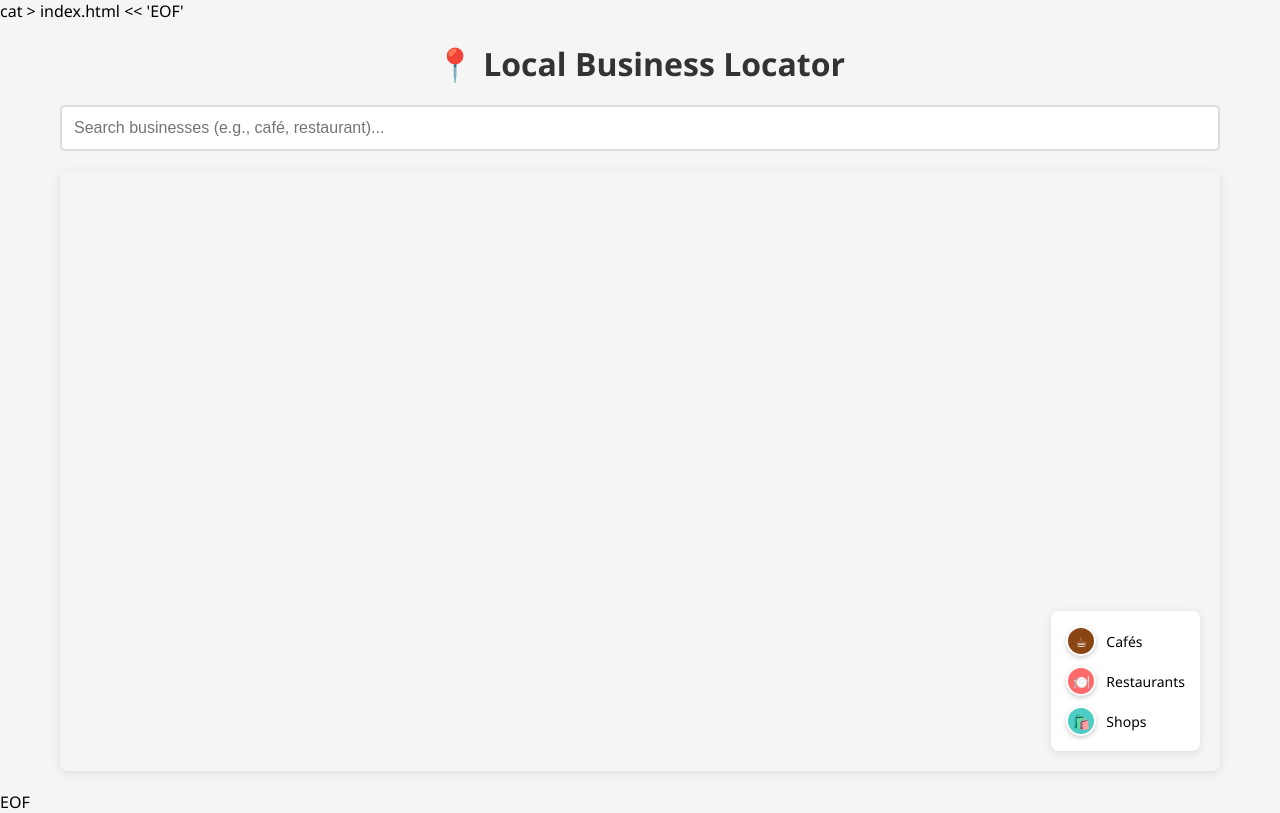
Repository: berkebzt/business-locator-pro
Page: index.html
These files come from the project's save history. The page is drawn as it stood at one moment and after the next save; the edit follows.
The browser window is 1280 px wide. The pictures show the whole page.

Above is the page before, as saved 2025-10-19 20:21:25.
Console error: ReferenceError: cat is not defined

### index.html
cat > index.html << 'EOF'
<!DOCTYPE html>
<html lang="en">
<head>
  <meta charset="UTF-8">
  <meta name="viewport" content="width=device-width, initial-scale=1.0">
  <title>Business Locator</title>
  <link rel="stylesheet" href="https://unpkg.com/leaflet@1.9.4/dist/leaflet.css" />
  <link rel="stylesheet" href="style.css">
</head>
<body>
  <div class="container">
    <h1>📍 Local Business Locator</h1>
    <input type="text" id="searchBox" placeholder="Search businesses (e.g., café, restaurant)...">
    <div id="map">
      <div class="legend">
        <div class="legend-item">
          <div class="legend-color" style="background-color: #8B4513;">☕</div>
          <span>Cafés</span>
        </div>
        <div class="legend-item">
          <div class="legend-color" style="background-color: #FF6B6B;">🍽️</div>
          <span>Restaurants</span>
        </div>
        <div class="legend-item">
          <div class="legend-color" style="background-color: #4ECDC4;">🛍️</div>
          <span>Shops</span>
        </div>
      </div>
    </div>
  </div>

  <script src="https://unpkg.com/leaflet@1.9.4/dist/leaflet.js"></script>
  <script src="app.js"></script>
</body>
</html>
EOF

### style.css
* {
  margin: 0;
  padding: 0;
  box-sizing: border-box;
}

body {
  font-family: 'Segoe UI', Tahoma, Geneva, Verdana, sans-serif;
  background: #f5f5f5;
}

.container {
  max-width: 1200px;
  margin: 0 auto;
  padding: 20px;
}

h1 {
  text-align: center;
  margin-bottom: 20px;
  color: #333;
}

#searchBox {
  width: 100%;
  padding: 12px;
  margin-bottom: 20px;
  border: 2px solid #ddd;
  border-radius: 5px;
  font-size: 16px;
}

#searchBox:focus {
  outline: none;
  border-color: #007bff;
}

#map {
  height: 600px;
  border-radius: 8px;
  box-shadow: 0 2px 10px rgba(0,0,0,0.1);
  position: relative;
}

/* Legend styles */
.legend {
  background: white;
  padding: 15px;
  border-radius: 8px;
  box-shadow: 0 2px 10px rgba(0,0,0,0.1);
  font-size: 14px;
  position: absolute;
  bottom: 20px;
  right: 20px;
  z-index: 1000;
}

.legend-item {
  display: flex;
  align-items: center;
  margin-bottom: 10px;
}

.legend-item:last-child {
  margin-bottom: 0;
}

.legend-color {
  width: 30px;
  height: 30px;
  border-radius: 50%;
  margin-right: 10px;
  display: flex;
  align-items: center;
  justify-content: center;
  color: white;
  font-size: 14px;
  border: 2px solid white;
  box-shadow: 0 2px 5px rgba(0,0,0,0.2);
}

### app.js
cat > app.js << 'EOF'
// Initialize map
const map = L.map('map').setView([51.505, -0.09], 13);

// Add OpenStreetMap tiles
L.tileLayer('https://{s}.tile.openstreetmap.org/{z}/{x}/{y}.png', {
  attribution: '© OpenStreetMap contributors',
  maxZoom: 19
}).addTo(map);

// Sample business data
const businesses = [
  { name: 'Coffee Shop A', lat: 51.5, lng: -0.09, type: 'café' },
  { name: 'Pizza Place B', lat: 51.51, lng: -0.1, type: 'restaurant' },
  { name: 'Bookstore C', lat: 51.49, lng: -0.08, type: 'shop' },
  { name: 'Thai Restaurant', lat: 51.505, lng: -0.08, type: 'restaurant' },
  { name: 'Bakery D', lat: 51.495, lng: -0.095, type: 'café' }
];

// User location
let userLocation = null;

// Create custom icons for different types
const iconConfig = {
  'café': {
    color: '#8B4513',
    emoji: '☕'
  },
  'restaurant': {
    color: '#FF6B6B',
    emoji: '🍽️'
  },
  'shop': {
    color: '#4ECDC4',
    emoji: '🛍️'
  }
};

// Function to create custom icons
function getIcon(type) {
  const config = iconConfig[type] || { color: '#3388ff', emoji: '📍' };

  return L.divIcon({
    html: `<div style="background-color: ${config.color}; width: 40px; height: 40px; border-radius: 50%; display: flex; align-items: center; justify-content: center; color: white; font-size: 20px; border: 3px solid white; box-shadow: 0 2px 5px rgba(0,0,0,0.3);">${config.emoji}</div>`,
    iconSize: [40, 40],
    className: 'custom-icon'
  });
}

// Function to calculate distance (km)
function calculateDistance(lat1, lng1, lat2, lng2) {
  const R = 6371;
  const dLat = (lat2 - lat1) * Math.PI / 180;
  const dLng = (lng2 - lng1) * Math.PI / 180;
  const a = Math.sin(dLat/2) * Math.sin(dLat/2) +
            Math.cos(lat1 * Math.PI / 180) * Math.cos(lat2 * Math.PI / 180) *
            Math.sin(dLng/2) * Math.sin(dLng/2);
  const c = 2 * Math.atan2(Math.sqrt(a), Math.sqrt(1-a));
  return (R * c).toFixed(2);
}

// Create marker layer group
let markerGroup = L.layerGroup().addTo(map);
let userMarker = null;

// Function to display markers with distance
function displayMarkers(data) {
  markerGroup.clearLayers();

  data.forEach(business => {
    let popupText = `<b>${business.name}</b><br><span style="color: #666;">${business.type}</span>`;

    // Add distance if user location is available
    if (userLocation) {
      const distance = calculateDistance(userLocation.lat, userLocation.lng, business.lat, business.lng);
      popupText += `<br><span style="color: #007bff;"><strong>${distance} km away</strong></span>`;
    }

    const marker = L.marker([business.lat, business.lng], {
      icon: getIcon(business.type)
    })
      .bindPopup(popupText);
    markerGroup.addLayer(marker);
  });
}

// Display all businesses on load
displayMarkers(businesses);

// Get user's location
function getUserLocation() {
  if (navigator.geolocation) {
    navigator.geolocation.getCurrentPosition(
      (position) => {
        const lat = position.coords.latitude;
        const lng = position.coords.longitude;

        userLocation = { lat, lng };

        // Center map on user
        map.setView([lat, lng], 15);

        // Add user marker
        if (userMarker) map.removeLayer(userMarker);
        userMarker = L.circleMarker([lat, lng], {
          radius: 8,
          fillColor: '#007bff',
          color: '#fff',
          weight: 2,
          opacity: 1,
          fillOpacity: 0.8
        })
        .bindPopup('📍 Your Location')
        .addTo(map);

        // Refresh markers to show distances
        displayMarkers(businesses);
      },
      (error) => {
        console.log('Geolocation error:', error.message);
        alert('Unable to get your location. Using default location.');
      }
    );
  } else {
    alert('Geolocation is not supported by your browser.');
  }
}

// Get user location on page load
getUserLocation();

// Search functionality
document.getElementById('searchBox').addEventListener('keyup', (e) => {
  const query = e.target.value.toLowerCase();

  if (query === '') {
    displayMarkers(businesses);
  } else {
    const filtered = businesses.filter(b =>
      b.name.toLowerCase().includes(query) ||
      b.type.toLowerCase().includes(query)
    );
    displayMarkers(filtered);
  }
});
EOF

After the next save:
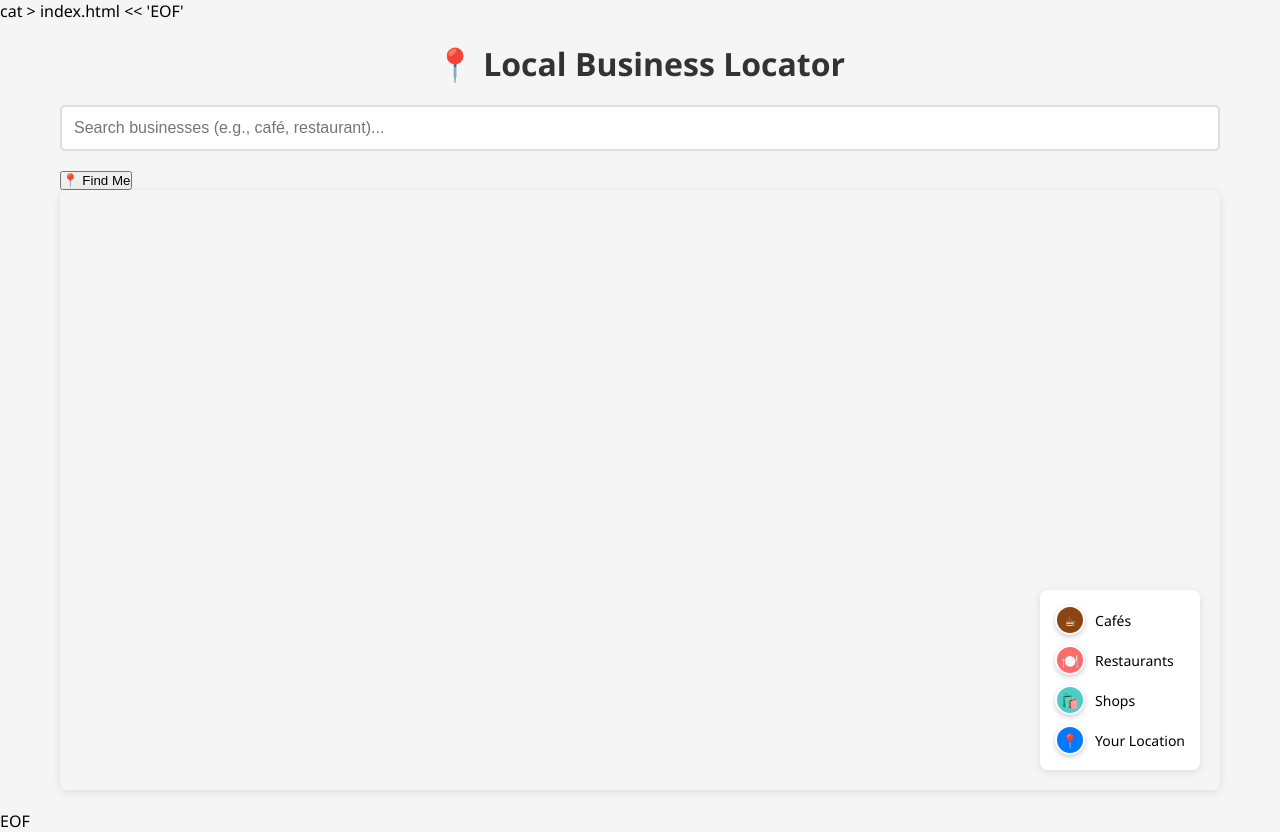
Saved 46 s later.
--- a/index.html
+++ b/index.html
@@ -11,7 +11,10 @@ cat > index.html << 'EOF'
 <body>
   <div class="container">
     <h1>📍 Local Business Locator</h1>
-    <input type="text" id="searchBox" placeholder="Search businesses (e.g., café, restaurant)...">
+    <div class="search-bar">
+      <input type="text" id="searchBox" placeholder="Search businesses (e.g., café, restaurant)...">
+      <button id="locateBtn">📍 Find Me</button>
+    </div>
     <div id="map">
       <div class="legend">
         <div class="legend-item">
@@ -26,6 +29,10 @@ cat > index.html << 'EOF'
           <div class="legend-color" style="background-color: #4ECDC4;">🛍️</div>
           <span>Shops</span>
         </div>
+        <div class="legend-item">
+          <div class="legend-color" style="background-color: #007bff;">📍</div>
+          <span>Your Location</span>
+        </div>
       </div>
     </div>
   </div>
